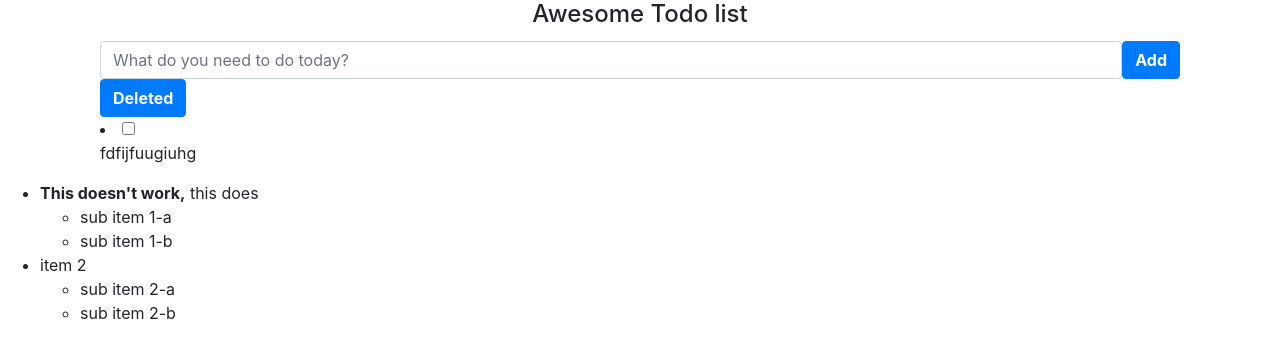
Repository: alohamylight/todolist
Page: index.html
The author's editor kept a copy of each file at every save. The page is drawn from the files as they stood at one save, then again after the next save.
The browser window is 1280 px wide. The pictures show the whole page.
Some web libraries are served in a nearby version.

Above is the page before, as saved 2021-05-28 12:00:40.

After the next save:
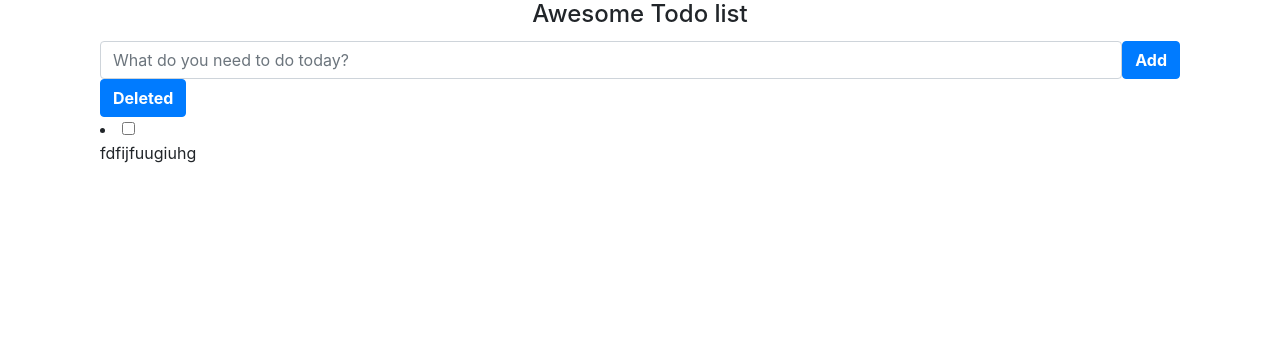
Saved 3 s later.
--- a/index.html
+++ b/index.html
@@ -14,7 +14,7 @@
                             <input type="text" class="form-control todo-list-input" id="message" placeholder="What do you need to do today?">
                             <button class="add btn btn-primary font-weight-bold todo-list-add-btn" id="add">Add</button>
                         </div id="wrapper">
-                        <button class="add btn btn-primary font-weight-bold todo-list-add-btn" onclick="dell(event)" class="del">Deleted</button>
+                        <button class="add btn btn-primary font-weight-bold todo-list-add-btn" onclick="dell()" class="del">Deleted</button>
                         <ul class="list-group" id= "todo">
                         </ul>
 
@@ -27,20 +27,7 @@
         </div>
         </div>
 
-        <ul>
-            <li><b>This doesn't work,</b> this does
-            <ul>
-              <li>sub item 1-a</li>
-              <li>sub item 1-b</li>
-            </ul>
-          </li>
-          <li>item 2
-            <ul>
-              <li>sub item 2-a</li>
-              <li>sub item 2-b</li>
-            </ul>
-          </li>
-        </ul>
+
 <script src="https://code.jquery.com/jquery-3.2.1.slim.min.js" integrity="sha384-KJ3o2DKtIkvYIK3UENzmM7KCkRr/rE9/Qpg6aAZGJwFDMVNA/GpGFF93hXpG5KkN" crossorigin="anonymous"></script>
 <script src="https://cdnjs.cloudflare.com/ajax/libs/popper.js/1.12.9/umd/popper.min.js" integrity="sha384-ApNbgh9B+Y1QKtv3Rn7W3mgPxhU9K/ScQsAP7hUibX39j7fakFPskvXusvfa0b4Q" crossorigin="anonymous"></script>
 <script src="https://maxcdn.bootstrapcdn.com/bootstrap/4.0.0/js/bootstrap.min.js" integrity="sha384-JZR6Spejh4U02d8jOt6vLEHfe/JQGiRRSQQxSfFWpi1MquVdAyjUar5+76PVCmYl" crossorigin="anonymous"></script>

After the save that followed:
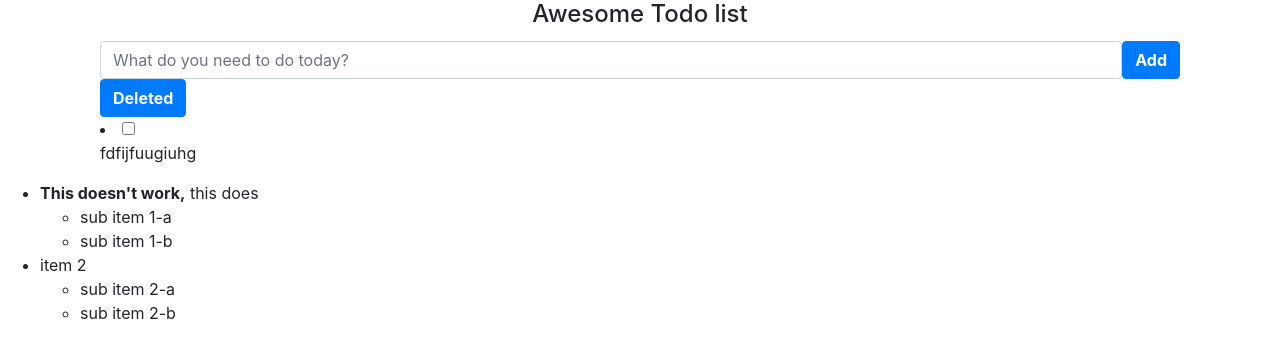
Saved 5 s later.
--- a/index.html
+++ b/index.html
@@ -14,7 +14,7 @@
                             <input type="text" class="form-control todo-list-input" id="message" placeholder="What do you need to do today?">
                             <button class="add btn btn-primary font-weight-bold todo-list-add-btn" id="add">Add</button>
                         </div id="wrapper">
-                        <button class="add btn btn-primary font-weight-bold todo-list-add-btn" onclick="dell()" class="del">Deleted</button>
+                        <button class="add btn btn-primary font-weight-bold todo-list-add-btn" onclick="dell(event)" class="del">Deleted</button>
                         <ul class="list-group" id= "todo">
                         </ul>
 
@@ -27,7 +27,20 @@
         </div>
         </div>
 
-
+<ul>
+    <li><b>This doesn't work,</b> this does
+    <ul>
+      <li>sub item 1-a</li>
+      <li>sub item 1-b</li>
+    </ul>
+  </li>
+  <li>item 2
+    <ul>
+      <li>sub item 2-a</li>
+      <li>sub item 2-b</li>
+    </ul>
+  </li>
+</ul>
 <script src="https://code.jquery.com/jquery-3.2.1.slim.min.js" integrity="sha384-KJ3o2DKtIkvYIK3UENzmM7KCkRr/rE9/Qpg6aAZGJwFDMVNA/GpGFF93hXpG5KkN" crossorigin="anonymous"></script>
 <script src="https://cdnjs.cloudflare.com/ajax/libs/popper.js/1.12.9/umd/popper.min.js" integrity="sha384-ApNbgh9B+Y1QKtv3Rn7W3mgPxhU9K/ScQsAP7hUibX39j7fakFPskvXusvfa0b4Q" crossorigin="anonymous"></script>
 <script src="https://maxcdn.bootstrapcdn.com/bootstrap/4.0.0/js/bootstrap.min.js" integrity="sha384-JZR6Spejh4U02d8jOt6vLEHfe/JQGiRRSQQxSfFWpi1MquVdAyjUar5+76PVCmYl" crossorigin="anonymous"></script>
